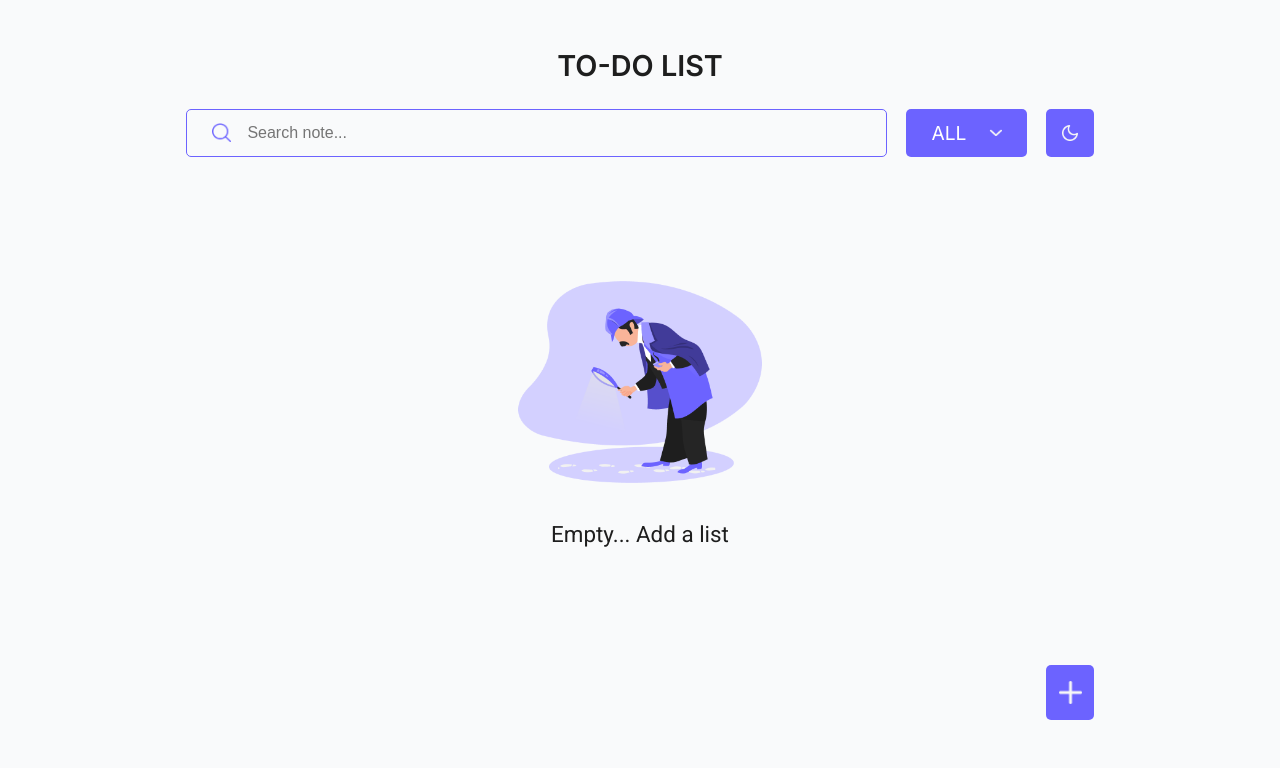
Repository: Marykeje/To-do-list
Page: index.html
The author's editor kept a copy of each file at every save. The page is drawn from the files as they stood at one save, then again after a run of saves.
The browser window is 1280 px wide. The pictures show the whole page.
The style sheet was rebuilt from its Sass, Less or Tailwind sources for each picture, by a compiler version that may differ from the author's.

Above is the page before, as saved 2025-12-03 10:11:19.

After the next 2 saves:
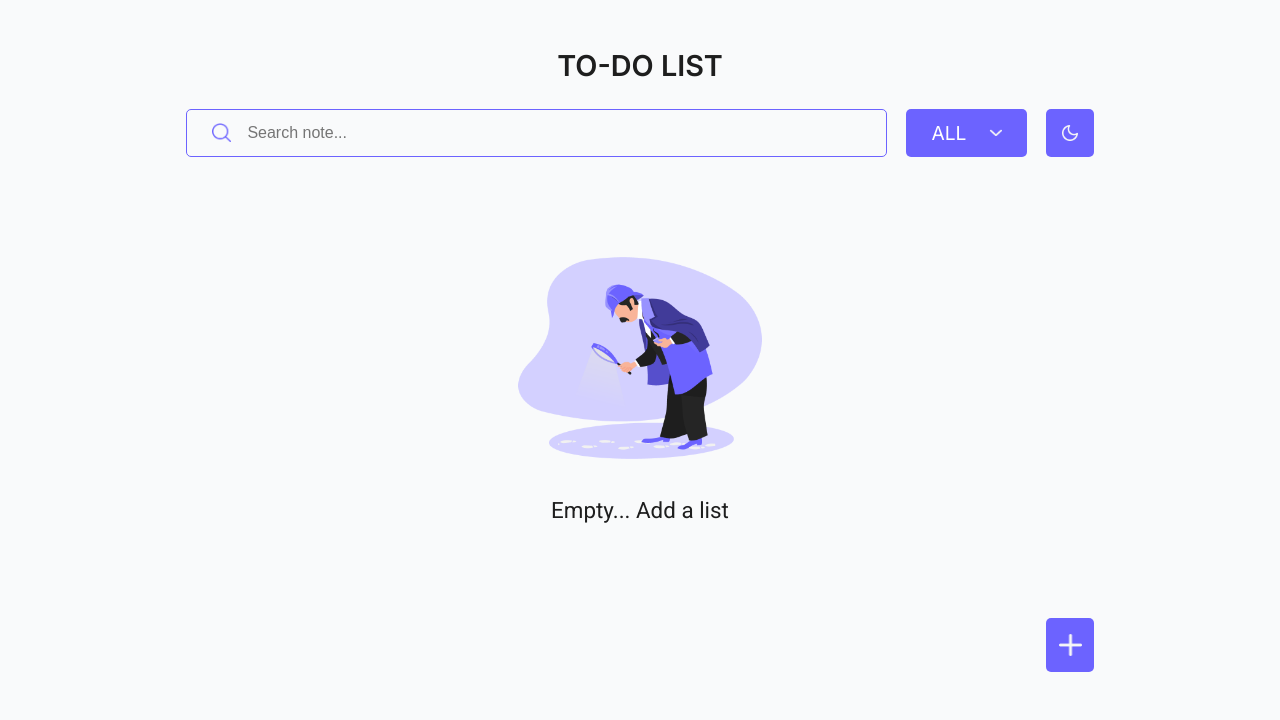
The 2 saves are shown as one change because they came seconds apart.
The last was saved 28 s later.
--- a/sass/pages/style.scss
+++ b/sass/pages/style.scss
@@ -26,6 +26,7 @@ body {
   max-width: 60rem;
   margin: auto;
   padding: 3rem 1.6rem;
+  height: 100vh;
 }
 
 .to-do {
@@ -285,11 +286,11 @@ input {
   user-select: none; /* prevent text selection*/
 
   // input[type="checkbox"] {
-    // position: absolute;
-    // opacity: 0; /* hides the actual result*/
-    // height: 0;
-    // width: 0;
-    // -webkit-appearance: none;
+  // position: absolute;
+  // opacity: 0; /* hides the actual result*/
+  // height: 0;
+  // width: 0;
+  // -webkit-appearance: none;
   // }
 
   &__checkmark {
